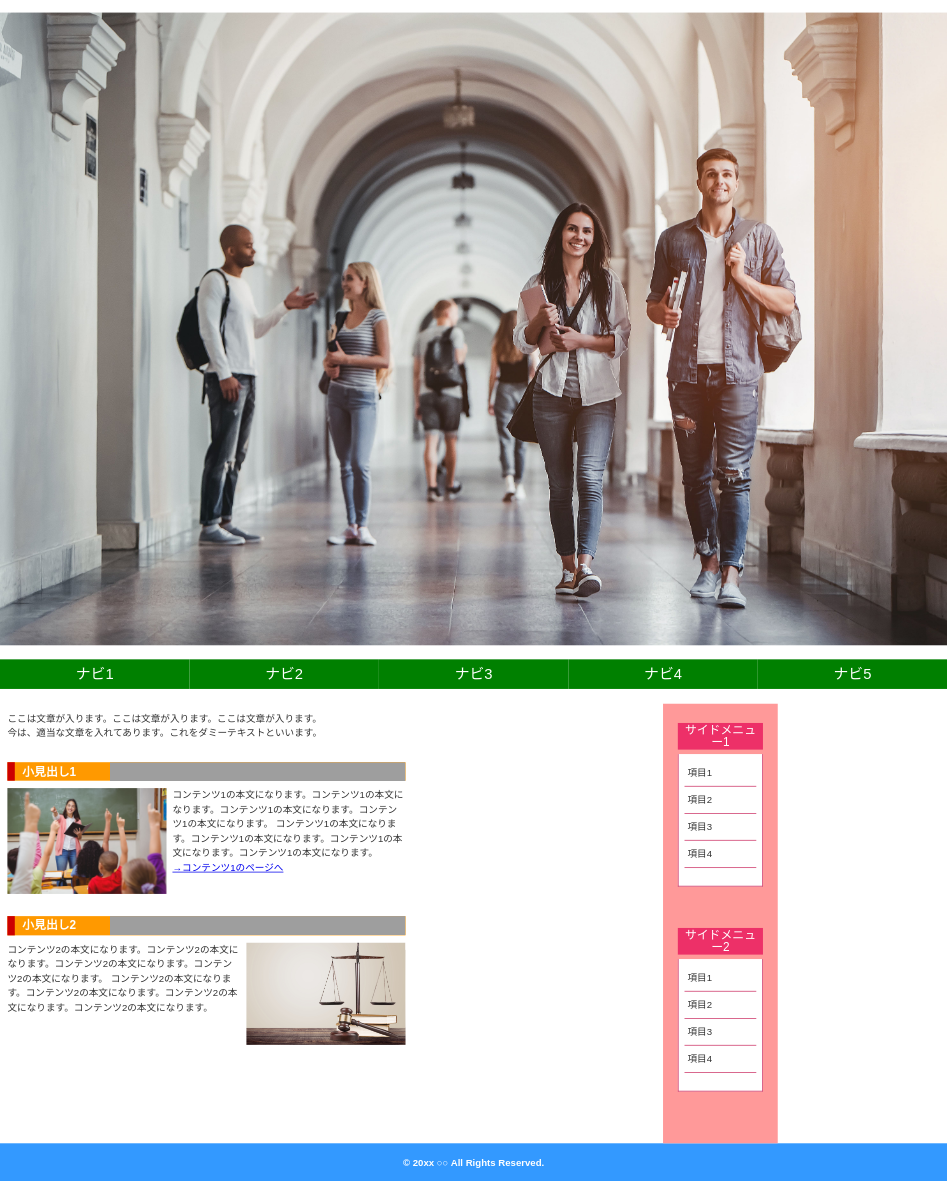
Repository: qedhourse580/samurai_HTML-CSS
Page: home.html
The author's editor kept a record of every edit. The page is drawn from the files as they stood at one moment, then again after the next edit.
The browser window is 1280 px wide. The pictures show the whole page, at 74% of full size.
Pictures or frames that could not be fetched are drawn as grey boxes.

Above is the page before.

After the next edit:
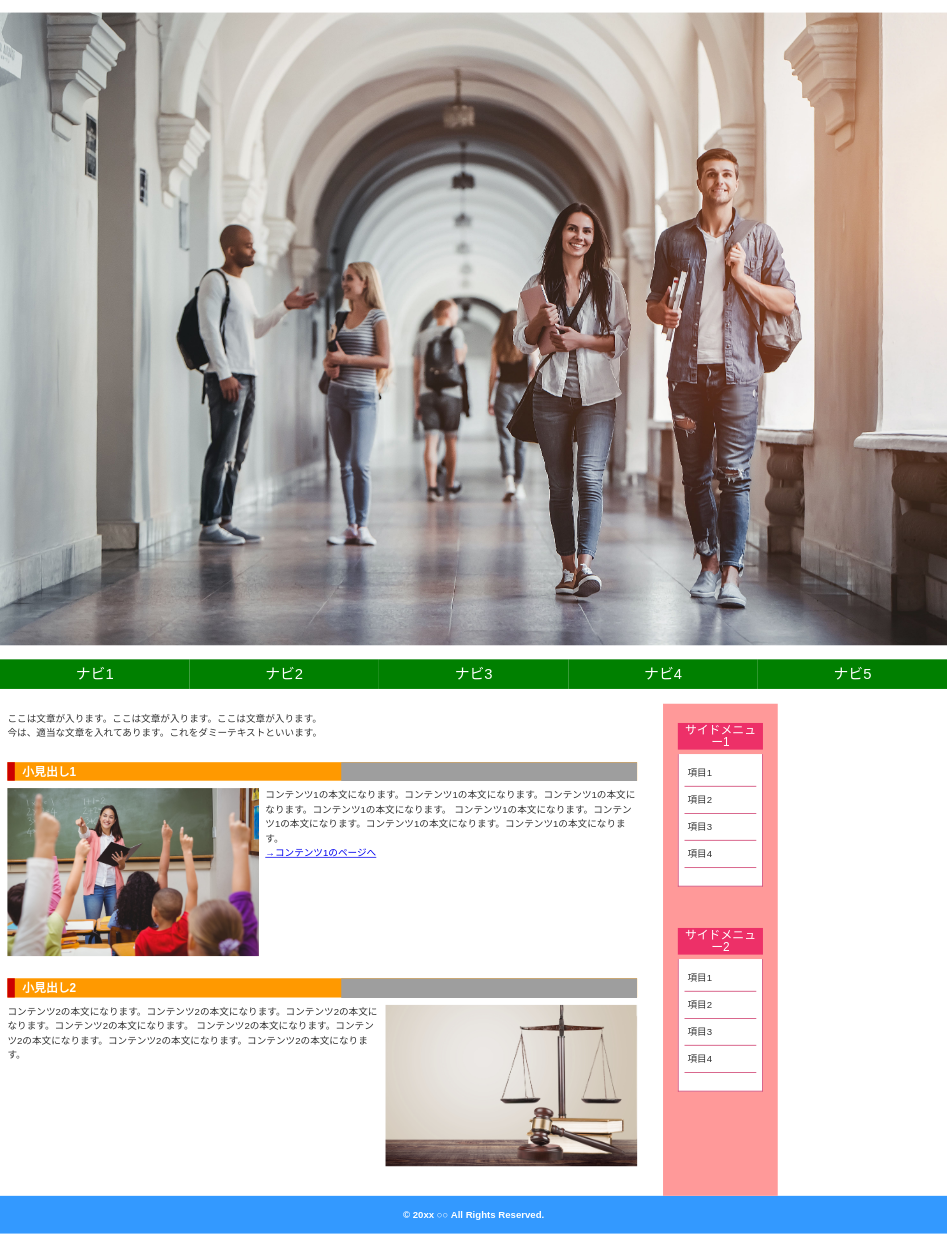
The edit:
--- a/stylesheet.css
+++ b/stylesheet.css
@@ -91,8 +91,8 @@
 
 /* -------------------- main -------------------- */
 #main  {
-	float: left;
-	width: 60%;
+	/*float: left;*/
+	width: 95%;
 	padding: 10px 30px 10px 10px;
 }
 
